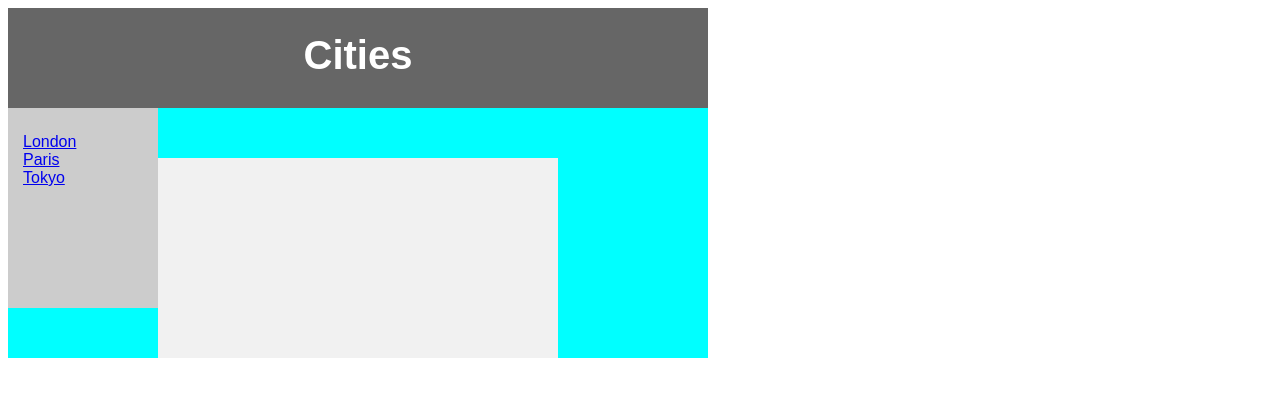
Repository: LongNguyen2504/T3H-FrondEnd
Page: Lesson3_CSS_HomeWork1.html
The author's editor kept a copy of each file at every save. The page is drawn from the files as they stood at one save, then again after a run of saves.
The browser window is 1280 px wide. The pictures show the whole page.

Above is the page before, as saved 2021-12-01 17:59:59.

After the next 2 saves:
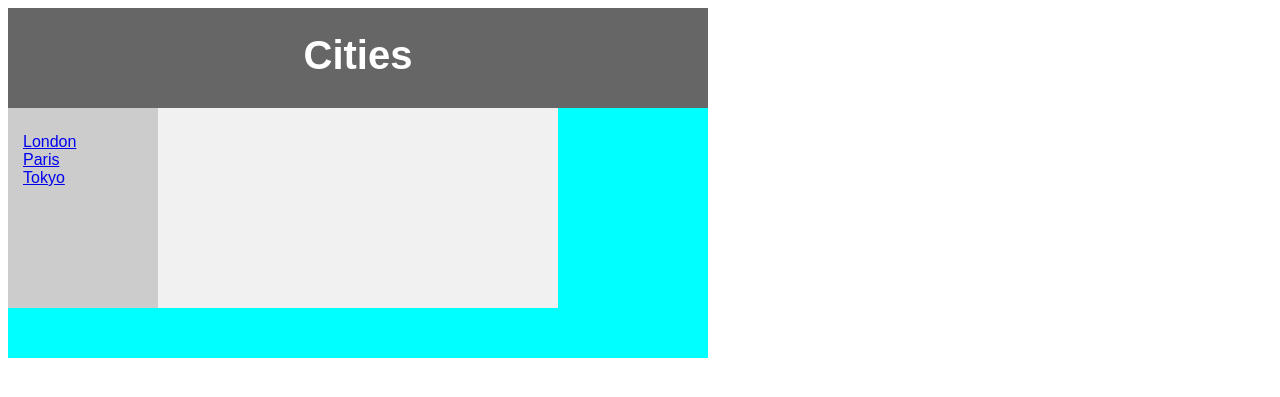
The 2 saves are shown as one change because they came seconds apart.
The last was saved 8 s later.
--- a/Lesson3_CSS_HomeWork1.css
+++ b/Lesson3_CSS_HomeWork1.css
@@ -40,5 +40,5 @@ div.right-column{
     height: 200px;
     position: relative;
     left: 150px;
-    bottom: 150px;
+    bottom: 200px;
 }
